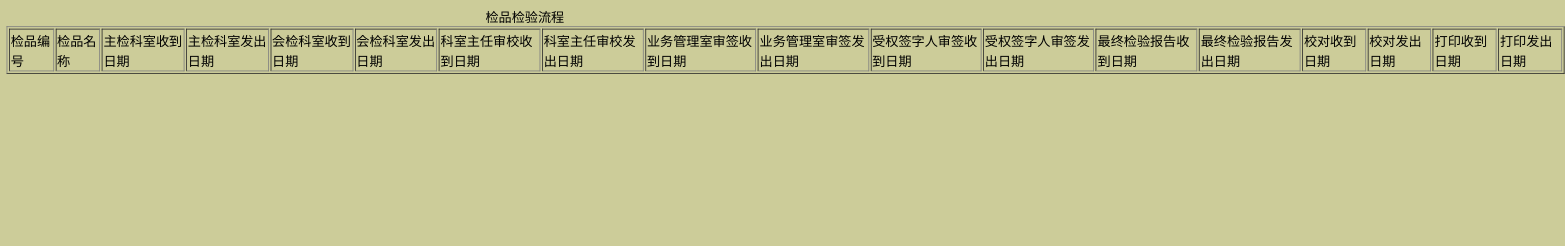
Repository: Shaoxubao/Java
Page: http://localhost/msm/jsp/sample/list_sampleflow.jsp
An editor plug-in stored every save of this project. The page is shown before and after the next save, followed by the edit.
The browser window is 1280 px wide. The page is 1908 px wide, then 1608 px, so the pictures cover 1908 px, including what lies to the right of the window. The pictures show the whole page, at 82% of full size.
The page is served by Tomcat 9. Nobody is signed in. The application's start-up code is not run. Other server files are loaded and not shown. The template is opened directly, without the code that normally fills it, so the values that code supplies are empty.

Above is the page before, as saved 2015-06-10 08:55:38.

### msm/WebContent/jsp/sample/list_sampleflow.jsp
<%@ page language="java" contentType="text/html; charset=UTF-8"
    pageEncoding="UTF-8"%>
<%@taglib prefix="c" uri="http://java.sun.com/jsp/jstl/core" %>
<!DOCTYPE html PUBLIC "-//W3C//DTD HTML 4.01 Transitional//EN" "http://www.w3.org/TR/html4/loose.dtd">
<html>
<head>
<meta http-equiv="Content-Type" content="text/html; charset=UTF-8">
<title>检品检验流程</title>
</head>
<body bgcolor="#CCCC99">
    <div align="center">检品检验流程</div>
    <table width="1900" align="center" border="1">
      <tr>
        <td>检品编号</td><td>检品名称</td>
        <td>主检科室收到日期</td><td>主检科室发出日期</td>
        <td>会检科室收到日期</td><td>会检科室发出日期</td>
        <td>科室主任审校收到日期</td><td>科室主任审校发出日期</td>
        <td>业务管理室审签收到日期</td><td>业务管理室审签发出日期</td>
        <td>受权签字人审签收到日期</td><td>受权签字人审签发出日期</td>
        <td>最终检验报告收到日期</td><td>最终检验报告发出日期</td>
        <td>校对收到日期</td><td>校对发出日期</td>
        <td>打印收到日期</td><td> 打印发出日期</td>
      </tr>
      <c:if test="${pagers.total le 0 }">
        <tr>
          <td colspan="18">目前还没有用户数据</td>
        </tr>
      </c:if>

      <c:if test="${pagers.total gt 0 }">
          <c:forEach items="${pagers.datas }" var="s">
            <tr>
              <td>${s.sampleNo }</td>
              <td>${s.sampleName }</td>
              <td>${s.mianRev }</td>
              <td>${s.mianSend }</td>
              <td>${s.secondRev }</td>
              <td>${s.secondSend }</td>
              <td>${s.zhurenRev }</td>
              <td>${s.zhurenSend }</td>
              <td>${s.ywssqRev }</td>
              <td>${s.ywssqSend }</td>
              <td>${s.headRev }</td>
              <td>${s.headSend }</td>
              <td>${s.fachuRev }</td>
              <td>${s.fachuSend }</td>
              <td>${s.jiaoduiRev }</td>
              <td>${s.jiaoduiSend }</td>
              <td>${s.printRev }</td>
              <td>${s.printSend }</td>
            </tr>
          </c:forEach>
            <tr>
              <td colspan="18">
                <jsp:include page="/inc/pager.jsp">
                  <jsp:param value="samples" name="url"/>
                  <jsp:param value="${pagers.total }" name="items"/>
                </jsp:include>
              </td>
            </tr>
        </c:if>

    </table>

</body>
</html>

After the next save:
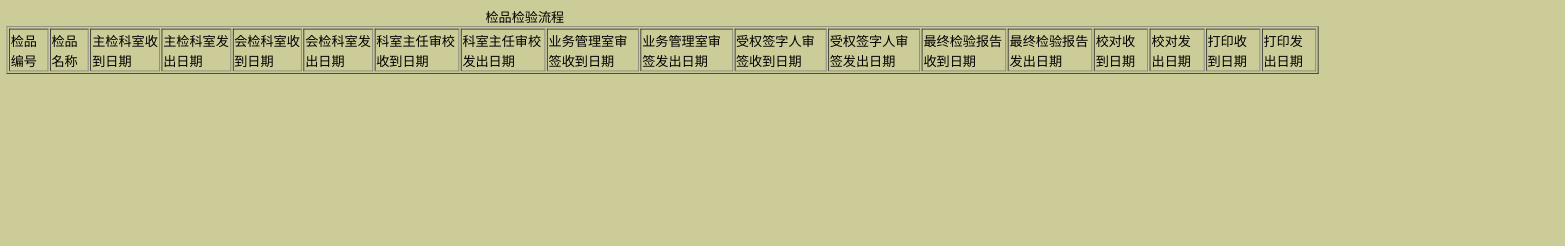
Saved 45 s later.
--- a/msm/WebContent/jsp/sample/list_sampleflow.jsp
+++ b/msm/WebContent/jsp/sample/list_sampleflow.jsp
@@ -9,7 +9,7 @@
 </head>
 <body bgcolor="#CCCC99">
     <div align="center">检品检验流程</div>
-    <table width="1900" align="center" border="1">
+    <table width="1600" align="center" border="1">
       <tr>
         <td>检品编号</td><td>检品名称</td>
         <td>主检科室收到日期</td><td>主检科室发出日期</td>
